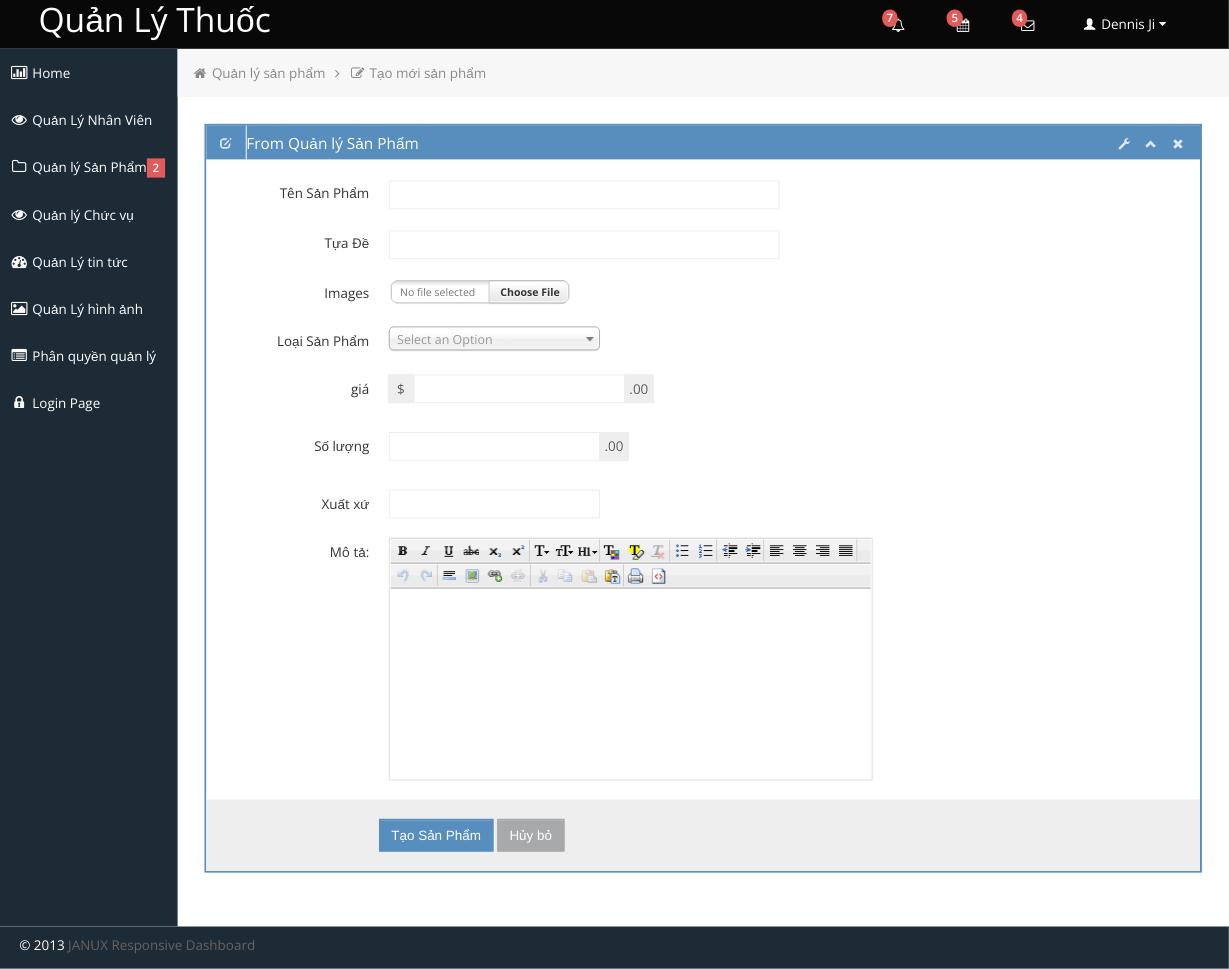
Repository: quangqt/QuanLyThuoc
Page: http://localhost/QuanLyThuoc/CreateCategoryServlet
An editor plug-in stored every save of this project. The page is shown before and after the next save, followed by the edit.
The browser window is 1280 px wide. The pictures show the whole page, at 96% of full size.
The page is served by Tomcat 9. Queries for data that is not in the repository find no rows.

Above is the page before, as saved 2018-05-06 02:05:22.

After the next save:
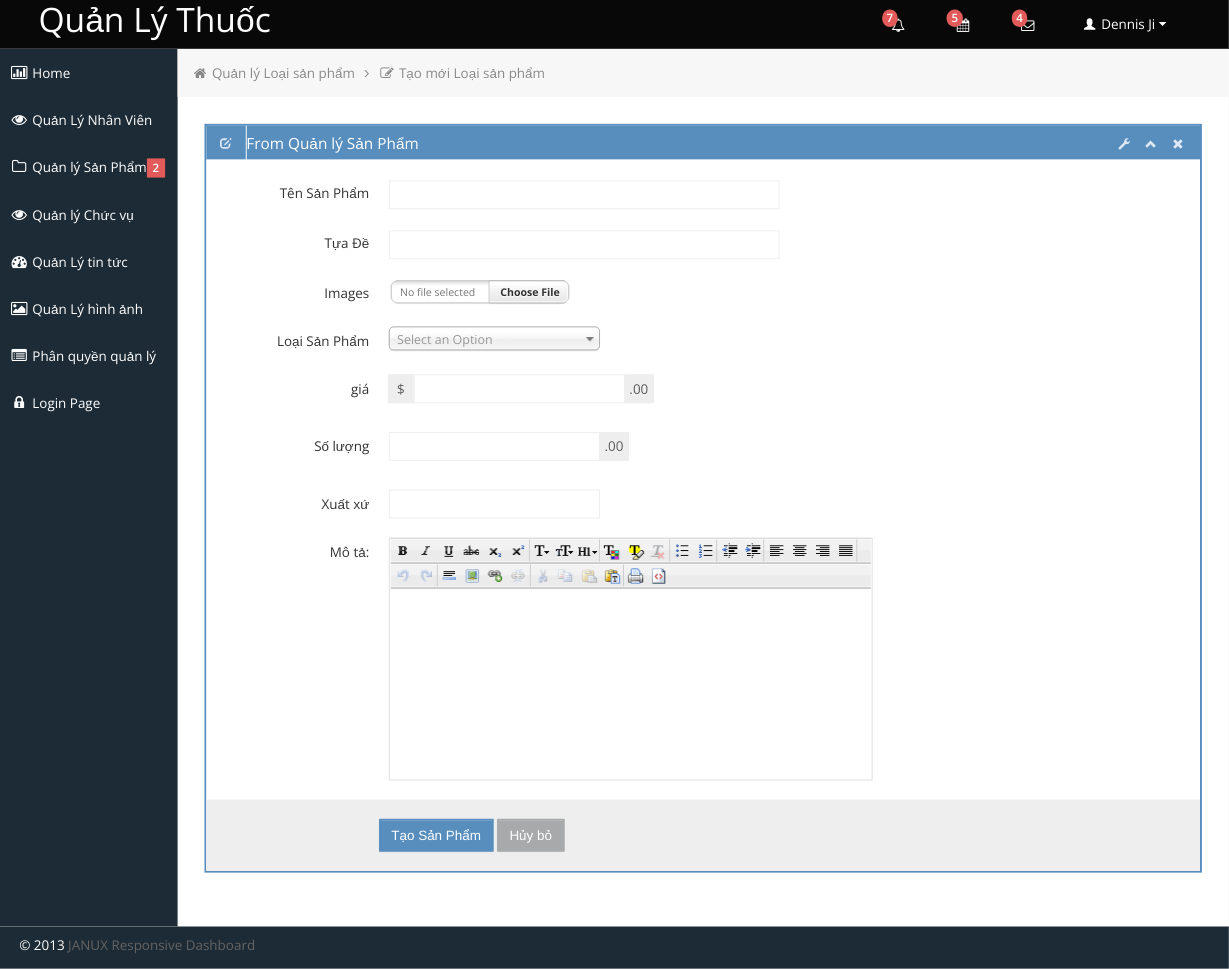
Saved 63 s later.
--- a/web-duoc/QuanLyThuoc/WebContent/WEB-INF/admin/createCategory.jsp
+++ b/web-duoc/QuanLyThuoc/WebContent/WEB-INF/admin/createCategory.jsp
@@ -21,8 +21,8 @@
 			<div id="content" class="span10">
 				<ul class="breadcrumb">
 					<li><i class="icon-home"></i> <a href="index.html">Quản
-							lý sản phẩm</a> <i class="icon-angle-right"></i></li>
-					<li><i class="icon-edit"></i> <a href="#">Tạo mới sản
+							lý Loại sản phẩm</a> <i class="icon-angle-right"></i></li>
+					<li><i class="icon-edit"></i> <a href="#">Tạo mới Loại sản
 							phẩm</a></li>
 				</ul>
 
@@ -47,7 +47,7 @@
 									${error }</div>
 							</div>
 							<form method="post"
-								action="${pageContext.request.contextPath}/createProduct"
+								action="${pageContext.request.contextPath}/ManagerCategory"
 								enctype="multipart/form-data" class="form-horizontal">
 								<fieldset>
 									<div class="control-group">
